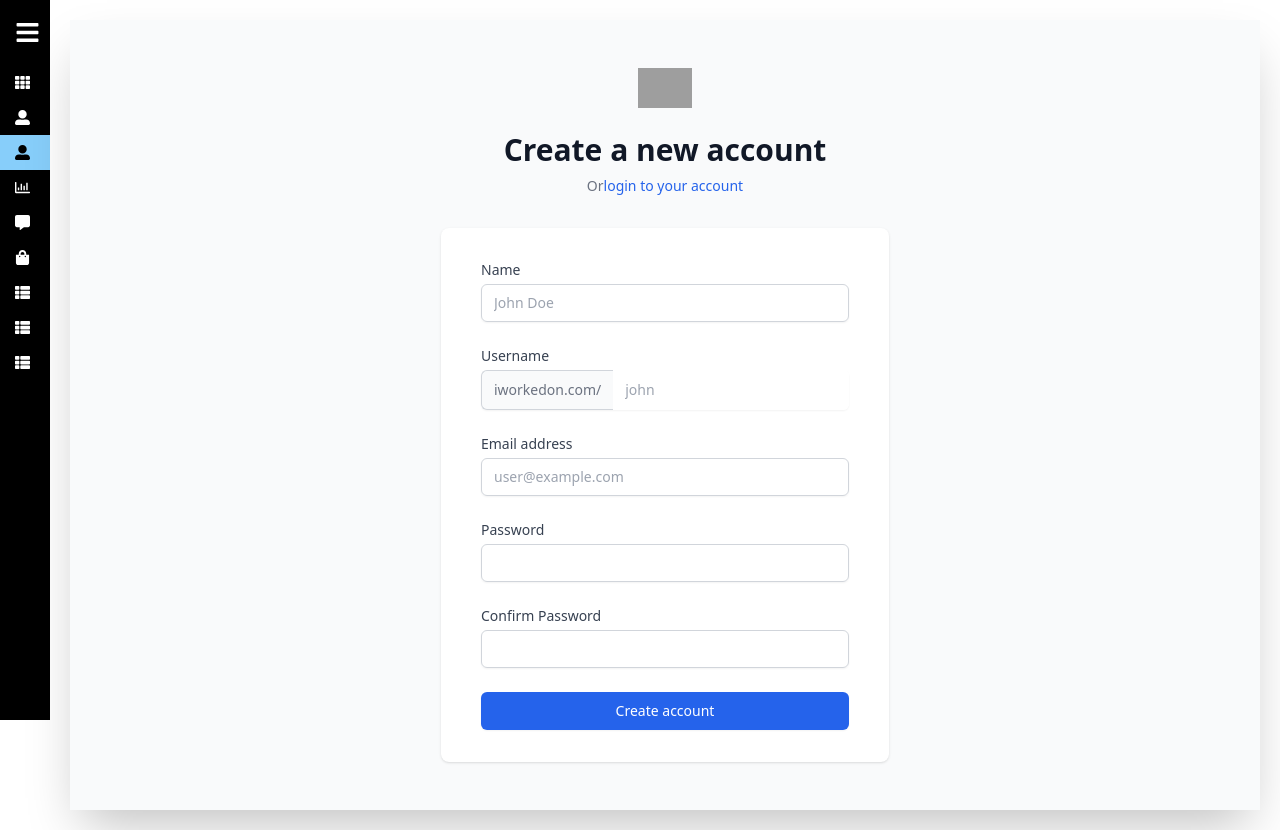
Repository: AndargWorku12/admin-dashboard
Page: /signup
An editor plug-in stored every save of this project. The page is shown before and after the next save, followed by the edit.
The browser window is 1280 px wide. The pictures show the whole page.
Pictures or frames that could not be fetched are drawn as grey boxes. The project was rebuilt for these pictures with package versions that can differ from the ones it lists, and the page was loaded fresh each time. Also part of the build but not shown: src/pages/Dashboard.tsx, src/pages/Orders.tsx, src/pages/Category.tsx, src/pages/Login.tsx, src/pages/Analytics.tsx, src/pages/CustemerReview.tsx, src/pages/ProductList.tsx, src/pages/ShopCard.tsx.

Above is the page before, as saved 2024-01-26 03:54:33.

### src/index.tsx
import { ColorModeScript } from "@chakra-ui/react"
import * as React from "react"
import * as ReactDOM from "react-dom/client"
import App from "./App"
import './index.css'

const container = document.getElementById("root")
if (!container) throw new Error('Failed to find the root element');
const root = ReactDOM.createRoot(container)

root.render(

  <React.StrictMode>
    <ColorModeScript />
    <App />
  </React.StrictMode>,

)

### src/components/Sidebar.tsx
import React, { useState } from 'react';
import ReactNode from "react";
import {
    FaTh,
    FaBars,
    FaUserAlt,
    FaRegChartBar,
    FaCommentAlt,
    FaShoppingBag,
    FaThList
} from 'react-icons/fa';
import { NavLink, NavLinkProps } from 'react-router-dom';



interface MenuItem {
    path: string;
    name: string;
    icon: JSX.Element;
}

interface SidebarProps {
  children: React.ReactNode;
}
    const Sidebar: React.FC<React.PropsWithChildren<{}>> = ({ children }) => {
    const [isOpen, setIsOpen] = useState(false);

    const toggle = () => setIsOpen(!isOpen);

    const menuItems: MenuItem[] = [
        {
            path: '/',
            name: 'Dashboard',
            icon: <FaTh />,
        },
        {
            path: '/login',
            name: 'Login',
            icon: <FaUserAlt />,
        },
        {
          path: '/signup',
          name: 'Register form',
          icon: <FaUserAlt />,
      },
        {
            path: '/analytics',
            name: 'Analytics',
            icon: <FaRegChartBar />,
        },
        {
            path: '/review',
            name: 'CustemerReview',
            icon: <FaCommentAlt />,
        },
        {
            path: '/product',
            name: 'Product',
            icon: <FaShoppingBag />,
        },
        {
            path: '/category',
            name: 'Category List',
            icon: <FaThList />,
        },
        {
          path: '/orders',
          name: 'Orders',
          icon: <FaThList />,
      },
      {
        path: '/shop',
        name: 'Sample product',
        icon: <FaThList />,
    },
    ];

    return (
        <div className="container">
            <div style={{ width: isOpen ? '200px' : '50px' }} className="sidebar">
                <div className="top_section">
                    <h1 style={{ display: isOpen ? 'block' : 'none' }} className="logo">
                        Logo
                    </h1>
                    <div style={{ marginLeft: isOpen ? '50px' : '0px' }} className="bars">
                        <FaBars onClick={toggle} />
                    </div>
                </div>
                {menuItems.map((item, index) => (
                    <NavLink to={item.path} key={index} className="link"
                    //  activeClassName="active"
                     >
                        <div className="icon">{item.icon}</div>
                        <div style={{ display: isOpen ? 'block' : 'none' }} className="link_text text-sm">
                            {item.name}
                        </div>
                    </NavLink>
                ))}
            </div>
            <main>{children}</main>
        </div>
    );
};

export default Sidebar;

### src/App.css
* {
    margin: 0;
    padding: 0;
    text-decoration: none;
}

.container {
    display: flex;
}

main {
    width: 100%;
    padding: 20px;
}

.sidebar {
    background: #000;
    color: #fff;
    height: 100vh;
    width: 200px;
    transition: all 0.5s;
}

.top_section {
    display: flex;
    align-items: center;
    padding: 20px 15px;
}

.logo {
    font-size: 30px;
}

.bars {
    display: flex;
    font-size: 25px;
    margin-left: 50px;
}

.link {
    display: flex;
    color: #fff;
    padding: 10px 15px;
    gap: 15px;
    transition: all 0.5s;
}

.link:hover {
    background: lightskyblue;
    color: #000;
    transition: all 0.5s;
}

.active {
    background: lightskyblue;
    color: #000;
}

.icon,
.link_text {
    font-size: 15px;
}

### src/pages/SignUpForm.tsx

import React from 'react';

const SignUp: React.FC = () => {
  return (
    <div className="min-h-screen bg-gray-50 flex flex-col justify-center py-12 sm:px-6 lg:px-8 shadow-2xl">
      <div className="sm:mx-auto sm:w-full sm:max-w-md">
        <img
          className="mx-auto h-10 w-auto"
          src="https://www.svgrepo.com/show/301692/login.svg"
          alt="Workflow"
        />
        <h2 className="mt-6 text-center text-3xl leading-9 font-extrabold text-gray-900">
          Create a new account
        </h2>
        <p className="mt-2 text-center text-sm leading-5 text-gray-500 max-w">
          Or
          <a
            href="#"
            className="font-medium text-blue-600 hover:text-blue-500 focus:outline-none focus:underline transition ease-in-out duration-150"
          >
            login to your account
          </a>
        </p>
      </div>

      <div className="mt-8 sm:mx-auto sm:w-full sm:max-w-md">
        <div className="bg-white py-8 px-4 shadow sm:rounded-lg sm:px-10">
          <form method="POST" action="#">
            <div>
              <label htmlFor="name" className="block text-sm font-medium leading-5 text-gray-700">
                Name
              </label>
              <div className="mt-1 relative rounded-md shadow-sm">
                <input
                  id="name"
                  name="name"
                  placeholder="John Doe"
                  type="text"
                  required
                  value=""
                  className="appearance-none block w-full px-3 py-2 border border-gray-300 rounded-md placeholder-gray-400 focus:outline-none focus:shadow-outline-blue focus:border-blue-300 transition duration-150 ease-in-out sm:text-sm sm:leading-5"
                />
                <div className="hidden absolute inset-y-0 right-0 pr-3 flex items-center pointer-events-none">
                  <svg className="h-5 w-5 text-red-500" fill="currentColor" viewBox="0 0 20 20">
                    <path
                      fillRule="evenodd"
                      d="M18 10a8 8 0 11-16 0 8 8 0 0116 0zm-7 4a1 1 0 11-2 0 1 1 0 012 0zm-1-9a1 1 0 00-1 1v4a1 1 0 102 0V6a1 1 0 00-1-1z"
                      clipRule="evenodd"
                    />
                  </svg>
                </div>
              </div>
            </div>

            <div className="mt-6">
              <label htmlFor="username" className="block text-sm font-medium leading-5 text-gray-700">
                Username
              </label>
              <div className="mt-1 flex rounded-md shadow-sm">
                <span className="inline-flex h-10 items-center px-3 rounded-l-md border border-r-0 border-gray-300 bg-gray-50 text-gray-500 sm:text-sm">
                  iworkedon.com/
                </span>
                <input
                  id="username"
                  name="username"
                  placeholder="john"
                  type="text"
                  required
                  value=""
                  className="flex-1 form-input pl-3 block w-full rounded-none rounded-r-md transition duration-150 ease-in-out sm:text-sm sm:leading-5"
                />
              </div>
            </div>

            <div className="mt-6">
              <label htmlFor="email" className="block text-sm font-medium leading-5 text-gray-700">
                Email address
              </label>
              <div className="mt-1 relative rounded-md shadow-sm">
                <input
                  id="email"
                  name="email"
                  placeholder="user@example.com"
                  type="email"
                  required
                  value=""
                  className="appearance-none block w-full px-3 py-2 border border-gray-300 rounded-md placeholder-gray-400 focus:outline-none focus:shadow-outline-blue focus:border-blue-300 transition duration-150 ease-in-out sm:text-sm sm:leading-5"
                />
                <div className="hidden absolute inset-y-0 right-0 pr-3 flex items-center pointer-events-none">
                  <svg className="h-5 w-5 text-red-500" fill="currentColor" viewBox="0 0 20 20">
                    <path
                      fillRule="evenodd"
                      d="M18 10a8 8 0 11-16 0 8 8 0 0116 0zm-7 4a1 1 0 11-2 0 1 1 0 012 0zm-1-9a1 1 0 00-1 1v4a1 1 0 102 0V6a1 1 0 00-1-1z"
                      clipRule="evenodd"
                    ></path>
                  </svg>
                </div>
              </div>
            </div>

            <div className="mt-6">
              <label htmlFor="password" className="block text-sm font-medium leading-5 text-gray-700">
                Password
              </label>
              <div className="mt-1 rounded-md shadow-sm">
                <input
                  id="password"
                  name="password"
                  type="password"
                  required
                  className="appearance-none block w-full px-3 py-2 border border-gray-300 rounded-md placeholder-gray-400 focus:outline-none focus:shadow-outline-blue focus:border-blue-300 transition duration-150 ease-in-out sm:text-sm sm:leading-5"
                />
              </div>
            </div>

            <div className="mt-6">
              <label
                htmlFor="password_confirmation"
                className="block text-sm font-medium leading-5 text-gray-700"
              >
                Confirm Password
              </label>
              <div className="mt-1 rounded-md shadow-sm">
                <input
                  id="password_confirmation"
                  name="password_confirmation"
                  type="password"
                  required
                  className="appearance-none block w-full px-3 py-2 border border-gray-300 rounded-md placeholder-gray-400 focus:outline-none focus:shadow-outline-blue focus:border-blue-300 transition duration-150 ease-in-out sm:text-sm sm:leading-5"
                />
              </div>
            </div>

            <div className="mt-6">
              <span className="block w-full rounded-md shadow-sm">
                <button
                  type="submit"
                  className="w-full flex justify-center py-2 px-4 border border-transparent text-sm font-medium rounded-md text-white bg-blue-600 hover:bg-blue-500 focus:outline-none focus:border-indigo-700 focus:shadow-outline-indigo active:bg-indigo-700 transition duration-150 ease-in-out"
                >
                  Create account
                </button>
              </span>
            </div>
          </form>
        </div>
      </div>
    </div>
  );
};

export default SignUp;



// import React from 'react';

// const SignUpForm: React.FC = () => {
//   return (
//     <div className="px-80 pt-40">

//     <div className="w-96 backdrop-blur-lg bg-opacity-80 rounded-lg shadow-lg p-5 bg-gray-900 text-white">
//       <h2 className="text-2xl font-bold pb-5">SignUp</h2>
//       <form>
//         <div className="mb-4">
//           <label htmlFor="name" className="block mb-2 text-sm font-medium">
//             Your name
//           </label>
//           <input
//             type="text"
//             id="name"
//             className="bg-gray-100 border border-gray-300 text-gray-900 text-sm rounded-lg focus:ring-2 focus:ring-blue-500 focus:border-blue-500 w-full py-2.5 px-4"
//             placeholder="Andrew Jackson"
//             required
//             value=""
//           />
//         </div>
//         <div className="mb-4">
//           <label htmlFor="email" className="block mb-2 text-sm font-medium">
//             Your email
//           </label>
//           <input
//             type="email"
//             id="email"
//             className="bg-gray-100 border border-gray-300 text-gray-900 text-sm rounded-lg focus:ring-2 focus:ring-blue-500 focus:border-blue-500 w-full py-2.5 px-4"
//             placeholder="andrew@mail.com"
//             required
//             value=""
//           />
//         </div>
//         <div className="mb-4">
//           <label htmlFor="password" className="block mb-2 text-sm font-medium">
//             Your password
//           </label>
//           <input
//             type="password"
//             id="password"
//             className="bg-gray-100 border border-gray-300 text-gray-900 text-sm rounded-lg focus:ring-2 focus:ring-blue-500 focus:border-blue-500 w-full py-2.5 px-4"
//             placeholder="*********"
//             required
//             value=""
//           />
//         </div>
//         <div>
//           <p className="text-red-500 pb-5"></p>
//         </div>
//         <div className="flex items-center justify-between mb-4">
//           <button
//             type="submit"
//             className="text-white bg-purple-600 hover:bg-purple-700 focus:ring-2 focus:ring-blue-300 font-medium rounded-lg text-sm py-2.5 px-5 w-full sm:w-auto"
//           >
//             Register
//           </button>
//           <div className="flex items-center text-sm">
//             <p>Already have an account?</p>
//             <p className="underline cursor-pointer ml-1">Sign in</p>
//           </div>
//         </div>
//       </form>
//     </div>
//     </div>
//   );
// };

// export default SignUpForm;













// // import React from 'react';

// // const Signup: React.FC = () => {
// //   return (
// //     <div className="min-h-screen bg-gray-50 flex flex-col justify-center py-12 sm:px-6 lg:px-8">
// //       <div className="sm:mx-auto sm:w-full sm:max-w-md">
// //         <img
// //           className="mx-auto h-10 w-auto"
// //           src="https://www.svgrepo.com/show/301692/login.svg"
// //           alt="Workflow"
// //         />
// //         <h2 className="mt-6 text-center text-3xl leading-9 font-extrabold text-gray-900">
// //           Create a new account
// //         </h2>
// //         <p className="mt-2 text-center text-sm leading-5 text-gray-500 max-w">
// //           Or
// //           <a
// //             href="#"
// //             className="font-medium text-blue-600 hover:text-blue-500 focus:outline-none focus:underline transition ease-in-out duration-150"
// //           >
// //             login to your account
// //           </a>
// //         </p>
// //       </div>

// //       <div className="mt-8 sm:mx-auto sm:w-full sm:max-w-md">
// //         <div className="bg-white py-8 px-4 shadow sm:rounded-lg sm:px-10">
// //           <form method="POST" action="#">
// //             <div>
// //               <label htmlFor="name" className="block text-sm font-medium leading-5 text-gray-700">
// //                 Name
// //               </label>
// //               <div className="mt-1 relative rounded-md shadow-sm">
// //                 <input
// //                   id="name"
// //                   name="name"
// //                   placeholder="John Doe"
// //                   type="text"

// //                   value=""
// //                   className="appearance-none block w-full px-3 py-2 border border-gray-300 rounded-md placeholder-gray-400 focus:outline-none focus:shadow-outline-blue focus:border-blue-300 transition duration-150 ease-in-out sm:text-sm sm:leading-5"
// //                 />
// //                 <div className="hidden absolute inset-y-0 right-0 pr-3 flex items-center pointer-events-none">
// //                   <svg className="h-5 w-5 text-red-500" fill="currentColor" viewBox="0 0 20 20">
// //                     <path
// //                       fillRule="evenodd"
// //                       d="M18 10a8 8 0 11-16 0 8 8 0 0116 0zm-7 4a1 1 0 11-2 0 1 1 0 012 0zm-1-9a1 1 0 00-1 1v4a1 1 0 102 0V6a1 1 0 00-1-1z"
// //                       clipRule="evenodd"
// //                     ></path>
// //                   </svg>
// //                 </div>
// //               </div>
// //             </div>

// //             <div className="mt-6">
// //               <label htmlFor="username" className="block text-sm font-medium leading-5 text-gray-700">
// //                 Username
// //               </label>
// //               <div className="mt-1 flex rounded-md shadow-sm">
// //                 <span className="inline-flex h-10 items-center px-3 rounded-l-md border border-r-0 border-gray-300 bg-gray-50 text-gray-500 sm:text-sm">
// //                   iworkedon.com/
// //                 </span>
// //                 <input
// //                   id="username"
// //                   name="username"
// //                   placeholder="john"
// //                   type="text"

// //                   value=""
// //                   className="flex-1 form-input pl-3 block w-full rounded-none rounded-r-md transition duration-150 ease-in-out sm:text-sm sm:leading-5"
// //                 />
// //               </div>
// //             </div>

// //             <div className="mt-6">
// //               <label htmlFor="email" className="block text-sm font-medium leading-5 text-gray-700">
// //                 Email address
// //               </label>
// //               <div className="mt-1 relative rounded-md shadow-sm">
// //                 <input
// //                   id="email"
// //                   name="email"
// //                   placeholder="user@example.com"
// //                   type="email"

// //                   value=""
// //                   className="appearance-none block w-full px-3 py-2 border border-gray-300 rounded-md placeholder-gray-400 focus:outline-none focus:shadow-outline-blue focus:border-blue-300 transition duration-150 ease-in-out sm:text-sm sm:leading-5"
// //                 />
// //                 <div className="hidden absolute inset-y-0 right-0 pr-3 flex items-center pointer-events-none">
// //                   <svg className="h-5 w-5 text-red-500" fill="currentColor" viewBox="0 0 20 20">
// //                     <path
// //                       fillRule="evenodd"
// //                       d="M18 10a8 8 0 11-16 0 8 8 0 0116 0zm-7 4a1 1 0 11-2 0 1 1 0 012 0zm-1-9a1 1 0 00-1 1v4a1 1 0 102 0V6a1 1 0 00-1-1z"
// //                       clipRule="evenodd"
// //                     ></path>
// //                   </svg>
// //                 </div>
// //               </div>
// //             </div>

// //             <div className="mt-6">
// //               <label htmlFor="password" className="block text-sm font-medium leading-5 text-gray-700">
// //                 Password
// //               </label>
// //               <div className="mt-1 rounded-md shadow-sm">
// //                 <input
// //                   id="password"
// //                   name="password"
// //                   type="password"

// //                   className="appearance-none block w-full px-3 py-2 border border-gray-300 rounded-md placeholder-gray-400 focus:outline-none focus:shadow-outline-blue focus:border-blue-300 transition duration-150 ease-in-out sm:text-sm sm:leading-5"
// //                 />
// //               </div>
// //             </div>

// //             <div className="mt-6">
// //               <label htmlFor="password_confirmation" className="block text-sm font-medium leading-5 text-gray-700">
// //                 Confirm Password
// //               </label>
// //               <div className="mt-1 rounded-md shadow-sm">
// //                 <input
// //                   id="password_confirmation"
// //                   name="password_confirmation"
// //                   type="password"

// //                   className="appearance-none block w-full px-3 py-2 border border-gray-300 rounded-md placeholder-gray-400 focus:outline-none focus:shadow-outline-blue focus:border-blue-300 transition duration-150 ease-in-out sm:text-sm sm:leading-5"
// //                 />
// //               </div>
// //             </div>

// //             <div className="mt-6">
// //               <span className="block w-full rounded-md shadow-sm">
// //                 <button
// //                   type="submit"
// //                   className="w-full flex justify-center py-2 px-4 border border-transparent text-sm font-medium rounded-md text-white bg-blue-600 hover:bg-blue-500 focus:outline-none focus:border-indigo-700 focus:shadow-outline-indigo active:bg-indigo-700 transition duration-150 ease-in-out"
// //                 >
// //                   Create account
// //                 </button>
// //               </span>
// //             </div>
// //           </form>
// //         </div>
// //       </div>
// //     </div>
// //   );
// // };

// // export default Signup;

Loaded but not shown: public/index.html (common file); src/index.css (common file); tailwind.config.js (common file); src/App.tsx (333 lines, source omitted)

After the next save:
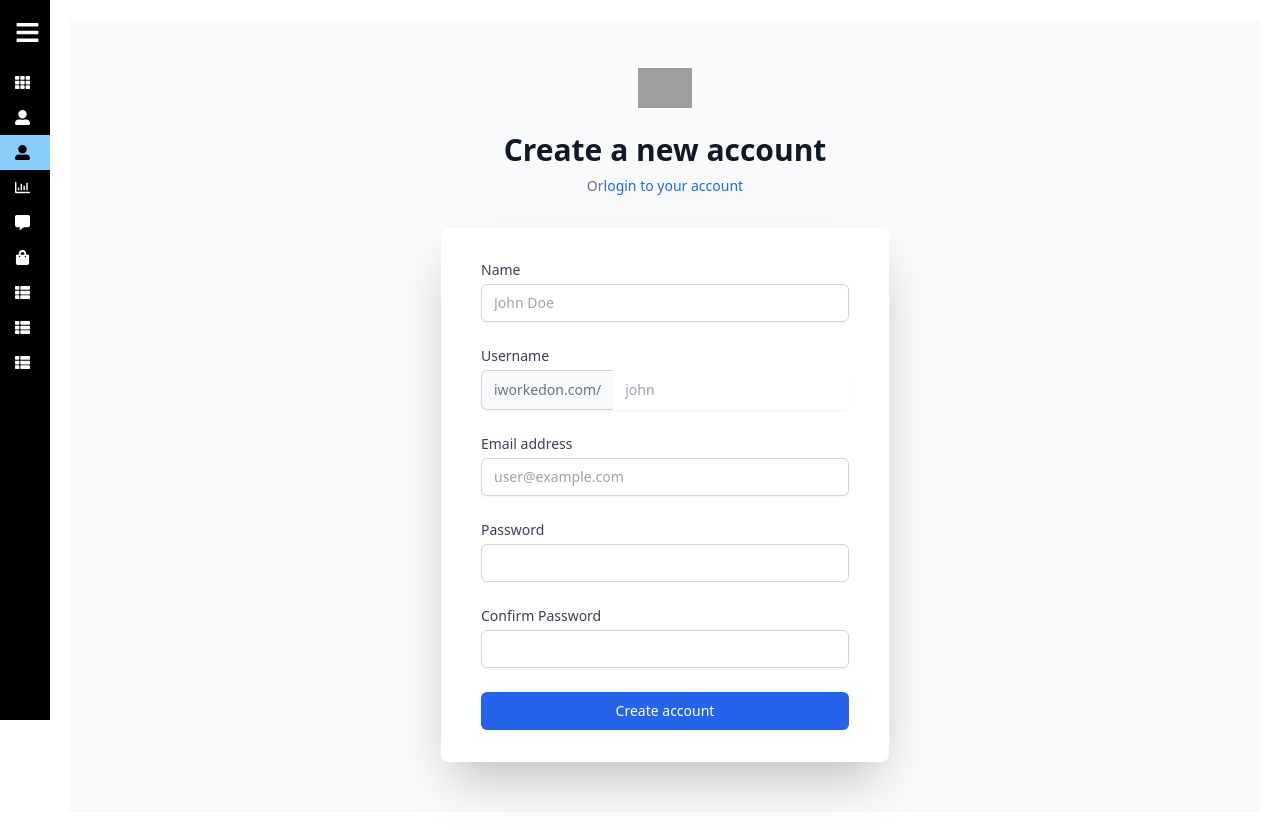
Saved 97 s later.
--- a/src/pages/SignUpForm.tsx
+++ b/src/pages/SignUpForm.tsx
@@ -3,7 +3,7 @@ import React from 'react';
 
 const SignUp: React.FC = () => {
   return (
-    <div className="min-h-screen bg-gray-50 flex flex-col justify-center py-12 sm:px-6 lg:px-8 shadow-2xl">
+    <div className="min-h-screen bg-gray-50 flex flex-col justify-center py-12 sm:px-6 lg:px-8 shadow-sm">
       <div className="sm:mx-auto sm:w-full sm:max-w-md">
         <img
           className="mx-auto h-10 w-auto"
@@ -25,7 +25,7 @@ const SignUp: React.FC = () => {
       </div>
 
       <div className="mt-8 sm:mx-auto sm:w-full sm:max-w-md">
-        <div className="bg-white py-8 px-4 shadow sm:rounded-lg sm:px-10">
+        <div className="bg-white py-8 px-4 sm:rounded-lg sm:px-10 shadow-2xl">
           <form method="POST" action="#">
             <div>
               <label htmlFor="name" className="block text-sm font-medium leading-5 text-gray-700">
